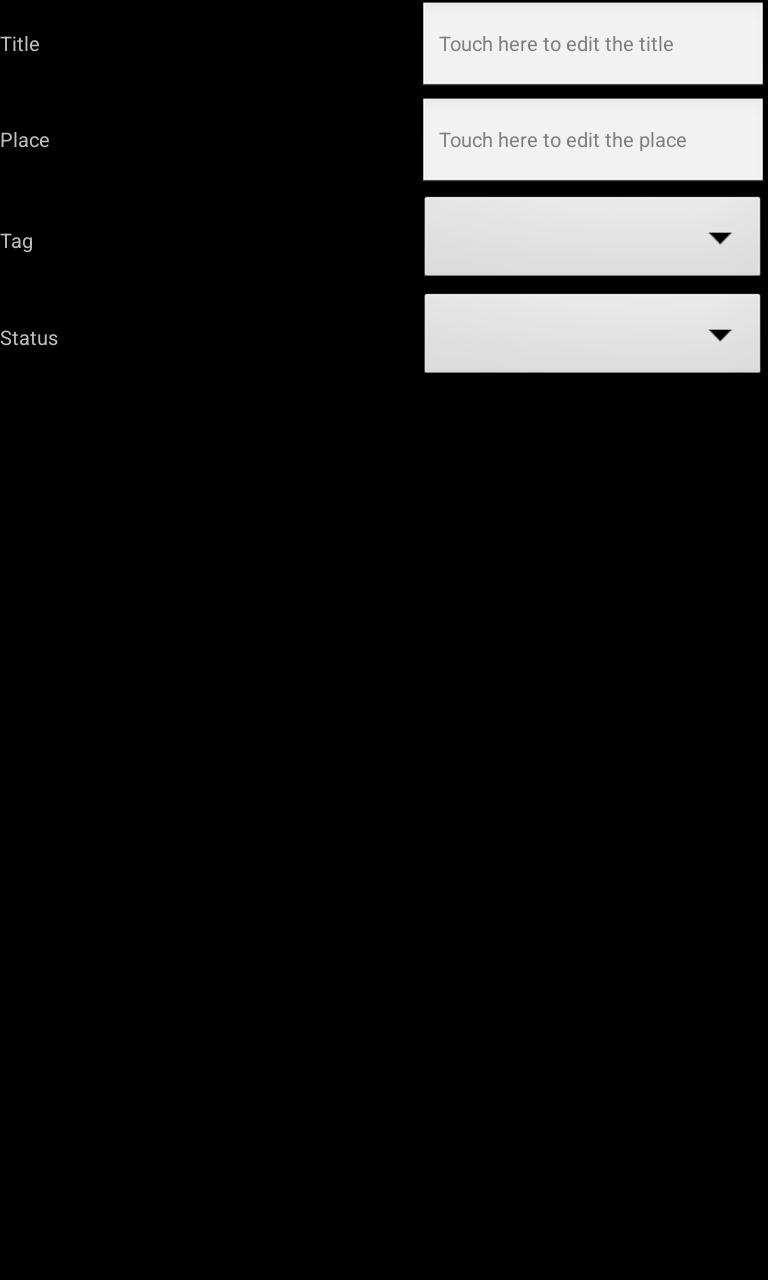
Repository: hilfialkaff/todo
Layout: ToDo_Replica/res/layout/add.xml
The author's editor kept a copy of each file at every save. The layout is drawn from the files as they stood at one save, then again after the next save.
It is drawn on a 768 x 1280 px phone screen (xhdpi) without system bars, with theme CustomTheme; the app's code is not run.

Above is the layout before, as saved 2011-03-18 01:40:06.

### ToDo_Replica/res/layout/add.xml
<?xml version="1.0" encoding="utf-8"?>
<LinearLayout xmlns:android="http://schemas.android.com/apk/res/android"
    android:layout_width="fill_parent"
    android:layout_height="fill_parent">
<ScrollView
android:id="@+id/sc_timeline"
android:layout_width="wrap_content"
android:layout_height="wrap_content"
android:scrollbars="vertical"
>
<TableLayout
	android:id="@+id/tl_add"
	android:layout_width="fill_parent"
	android:layout_height="wrap_content"
	android:stretchColumns="0">
	<TableRow
		android:id="@+id/tr_title"
		android:layout_width="fill_parent"
		android:layout_height="wrap_content">
		<TextView
			android:id="@+id/tv_title"
			android:layout_width="wrap_content"
			android:layout_height="wrap_content"
			android:text="Title"
			android:textSize="20px">
		</TextView>
		<EditText
			android:id="@+id/et_title"
			android:layout_width="350px"
			android:layout_height="wrap_content"
			android:hint="Touch here to edit the title"
			android:textSize="20px">
		</EditText>
	</TableRow>
	<TableRow
		android:id="@+id/tr_place"
		android:layout_width="fill_parent"
		android:layout_height="wrap_content">
		<TextView
			android:id="@+id/tv_place"
			android:layout_width="wrap_content"
			android:layout_height="wrap_content"
			android:text="Place"
			android:textSize="20px">
		</TextView>
		<EditText
			android:id="@+id/et_place"
			android:layout_width="350px"
			android:layout_height="wrap_content"
			android:hint="Touch here to edit the place"
			android:textSize="20px">
		</EditText>
	</TableRow>
	<TableRow
		android:id="@+id/tr_tag"
		android:layout_width="fill_parent"
		android:layout_height="wrap_content"
		android:gravity="center_vertical">
		<TextView
			android:id="@+id/tv_status"
			android:layout_width="wrap_content"
			android:layout_height="wrap_content"
			android:text="Tag"
			android:textSize="20px">
		</TextView>
		<Spinner
			android:id="@+id/s_tag"
			android:layout_width="350px"
			android:layout_height="wrap_content">
		</Spinner>
	</TableRow>
	<TableRow
		android:id="@+id/tr_status"
		android:layout_width="fill_parent"
		android:layout_height="wrap_content"
		android:gravity="center_vertical">
		<TextView
			android:id="@+id/tv_status"
			android:layout_width="wrap_content"
			android:layout_height="wrap_content"
			android:text="Status"
			android:textSize="20px">
		</TextView>
		<Spinner
			android:id="@+id/s_status"
			android:layout_width="350px"
			android:layout_height="wrap_content">
		</Spinner>
	</TableRow>
</TableLayout>
</ScrollView>
</LinearLayout>

### ToDo_Replica/res/values/custom_style.xml
<?xml version="1.0" encoding="UTF-8"?>
<resources>
    <style name="CustomWindowTitleBackground" parent="android:WindowTitleBackground">
        <item name="android:background">@android:color/transparent</item>
    </style>
    <style name="CustomTheme" parent="android:Theme">
        <item name="android:windowTitleSize">50px</item>
        <item name="android:windowTitleBackgroundStyle">@style/CustomWindowTitleBackground</item>
    </style>
</resources>

After the next save:
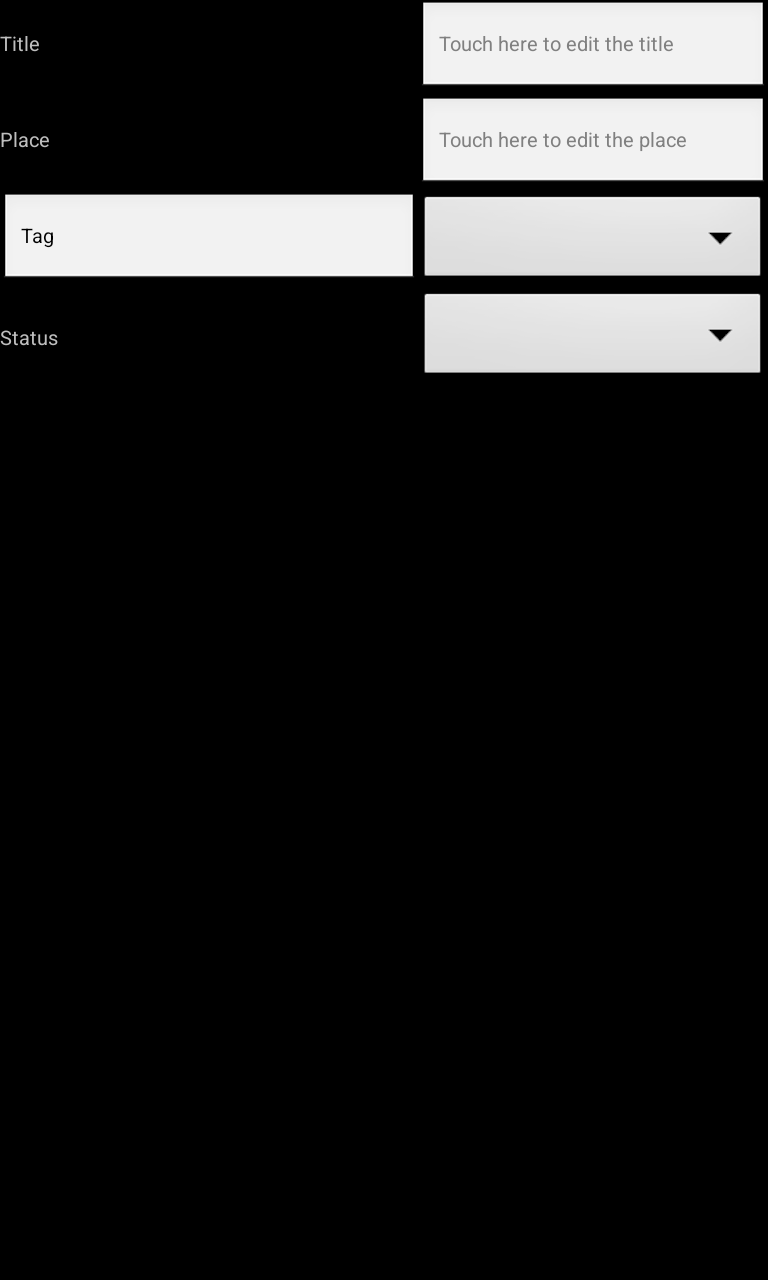
Saved 4 min 17 s later.
--- a/ToDo_Replica/res/layout/add.xml
+++ b/ToDo_Replica/res/layout/add.xml
@@ -56,13 +56,13 @@ android:scrollbars="vertical"
 		android:layout_width="fill_parent"
 		android:layout_height="wrap_content"
 		android:gravity="center_vertical">
-		<TextView
-			android:id="@+id/tv_status"
+		<AutoCompleteTextView
+			android:id="@+id/actv_status"
 			android:layout_width="wrap_content"
 			android:layout_height="wrap_content"
 			android:text="Tag"
 			android:textSize="20px">
-		</TextView>
+		</AutoCompleteTextView>
 		<Spinner
 			android:id="@+id/s_tag"
 			android:layout_width="350px"
